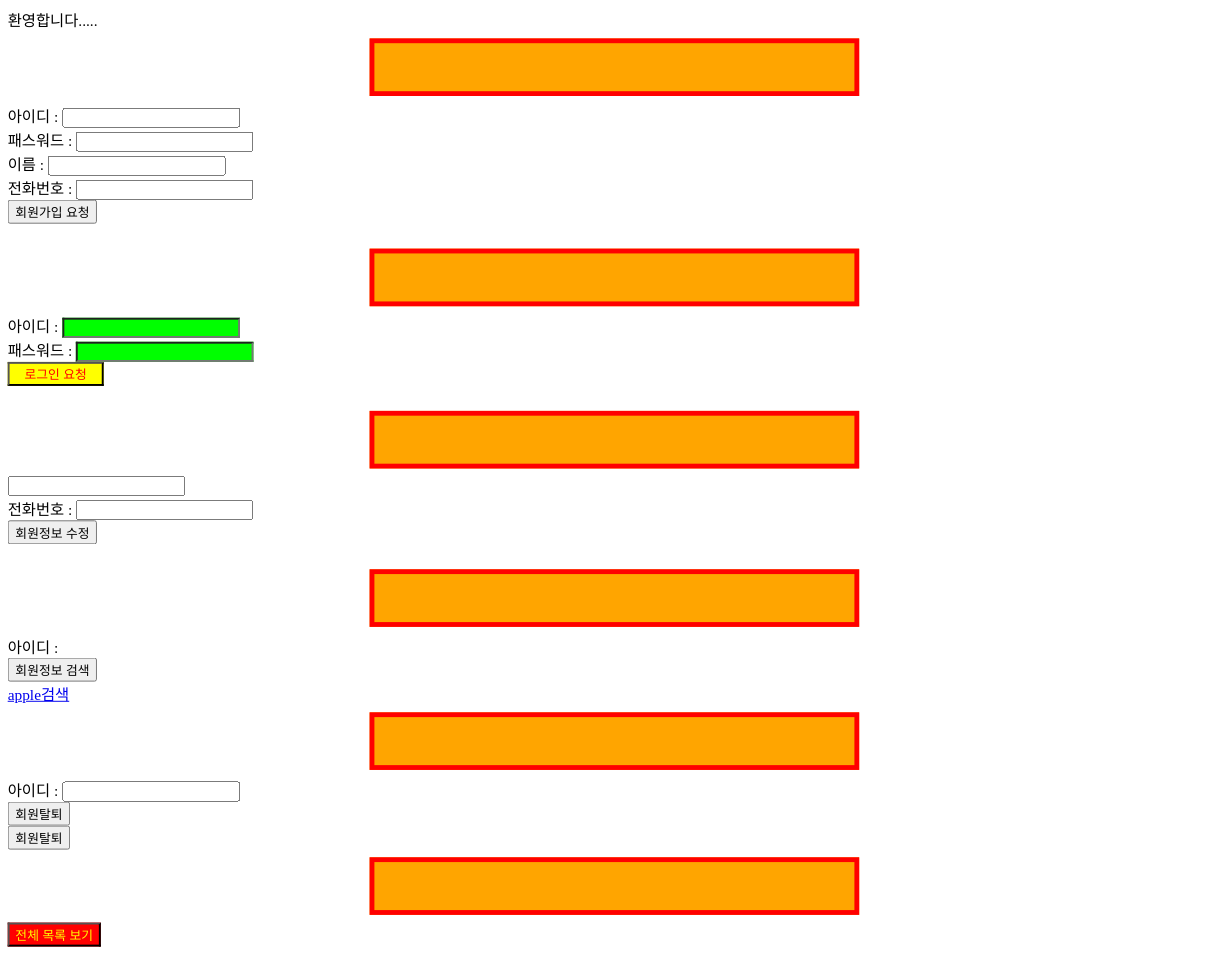
Repository: Yusubin/springEx
Page: http://localhost/spring02/
The author's editor kept a copy of each file at every save. The page is drawn from the files as they stood at one save, then again after the next save.
The browser window is 1280 px wide. The pictures show the whole page, at 96% of full size.
The page is served by Tomcat 9. Other server files are loaded and not shown.

Above is the page before, as saved 2022-02-16 06:03:16.

### spring02/src/main/webapp/index.jsp
<%@ page language="java" contentType="text/html; charset=UTF-8"
	pageEncoding="UTF-8"%>
<!DOCTYPE html>
<html>
<head>
<meta charset="UTF-8">
<title>Insert title here</title>
<link rel="stylesheet" type="text/css" href="resources/css/out.css">
<script type="text/javascript" src="resources/js/out.js"></script>
</head>
<body>
	환영합니다.....
	<br>

	<hr color='red'>
	<form action="create">
		아이디 : <input type="text" name="id"><br> 패스워드 : <input
			type="text" name="pw"><br> 이름 : <input type="text"
			name="name"><br> 전화번호 : <input type="text" name="tel"><br>
		<button>회원가입 요청</button>
	</form>
	<br>
	<hr color="blue">
	<form action="login.jsp">
		아이디 : <input type="text" name="id" style="background: lime;"><br>
		패스워드 : <input type="text" name="pw" style="background: lime;"><br>
		<button style="background: yellow; color: red; width: 100px;">로그인
			요청</button>
	</form>
	<br>
	<hr color="blue">
	<form action="up">
		<input type="text" name="id"><br> 전화번호 : <input
			type="text" name="tel"><br>
		<button>회원정보 수정</button>
	</form>
	<br>
	<hr color="blue">
	<form action="one.jsp">
		아이디 : <input type="hidden" name="id" value="${user}"><br>
		<button>회원정보 검색</button>
	</form>
	<a href="one.jsp?id=apple">apple검색 </a>
	<br>
	<hr color="blue">
	<form action="del">
		아이디 : <input type="text" name="id" value="${user}"><br>
		<button>회원탈퇴</button>
	</form>
	<a href="delete.jsp?id=${user}">
		<button>회원탈퇴</button>
	</a>
	<br>
	<hr color="blue">
	<a href="list.jsp">
		<button style="color: yellow; background: red;">전체 목록 보기</button>
	</a>
</body>
</html>

### spring02/src/main/webapp/resources/css/out.css
@charset "UTF-8";

hr{width:500px; height:50px;background:orange; border: 5px solid red;}

### spring02/src/main/webapp/resources/js/out.js
function alert_button(str) {
    alert(str);
}

After the next save:
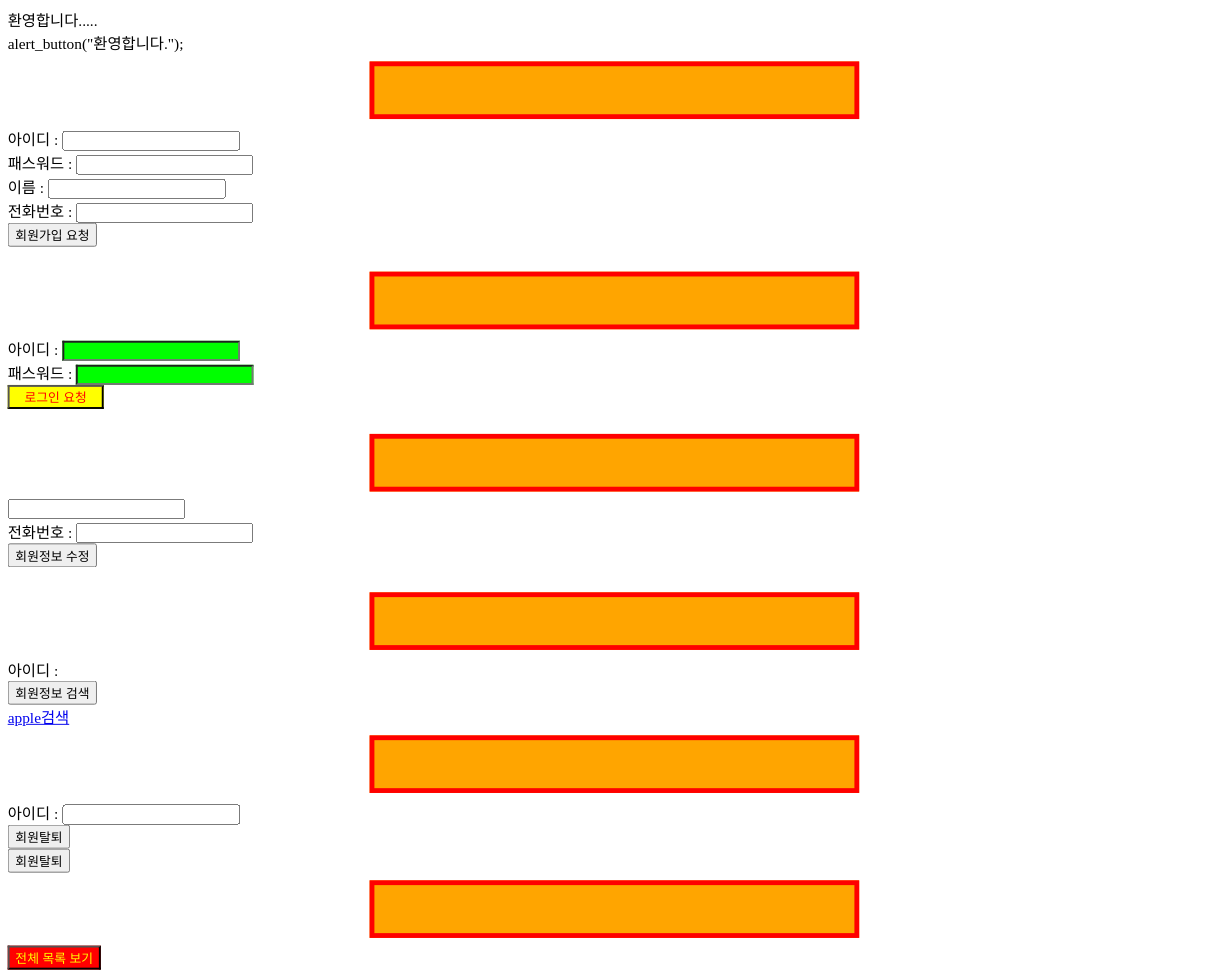
Saved 14 s later.
--- a/spring02/src/main/webapp/index.jsp
+++ b/spring02/src/main/webapp/index.jsp
@@ -11,7 +11,7 @@
 <body>
 	환영합니다.....
 	<br>
-
+	alert_button("환영합니다.");
 	<hr color='red'>
 	<form action="create">
 		아이디 : <input type="text" name="id"><br> 패스워드 : <input

After the save that followed:
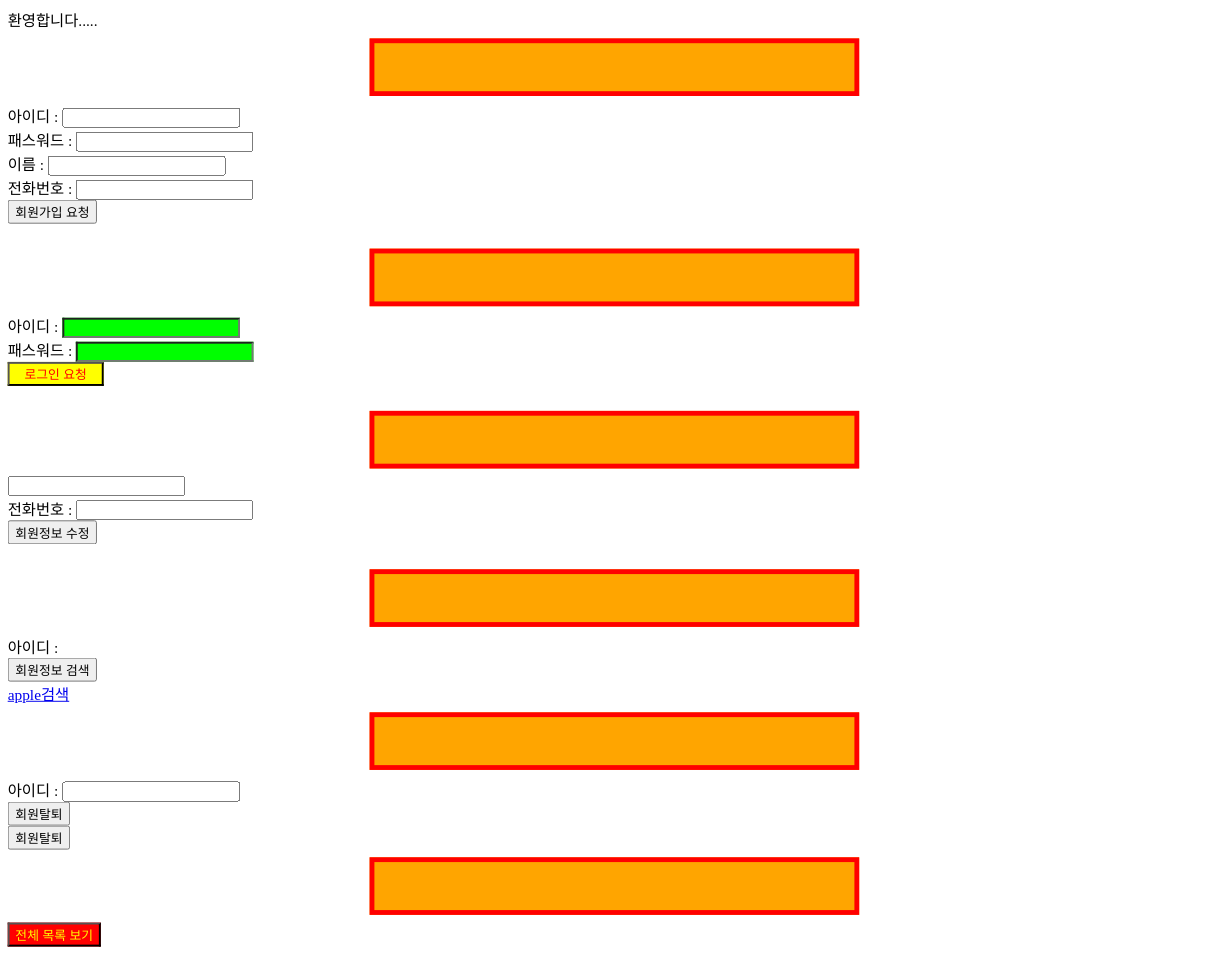
Console error (its wording comes from the project's code and is left out).
Saved 49 s later.
--- a/spring02/src/main/webapp/index.jsp
+++ b/spring02/src/main/webapp/index.jsp
@@ -11,13 +11,13 @@
 <body>
 	환영합니다.....
 	<br>
-	alert_button("환영합니다.");
+
 	<hr color='red'>
 	<form action="create">
 		아이디 : <input type="text" name="id"><br> 패스워드 : <input
 			type="text" name="pw"><br> 이름 : <input type="text"
 			name="name"><br> 전화번호 : <input type="text" name="tel"><br>
-		<button>회원가입 요청</button>
+		<button onclick="	alert_button("환영합니다.");">회원가입 요청</button>
 	</form>
 	<br>
 	<hr color="blue">
